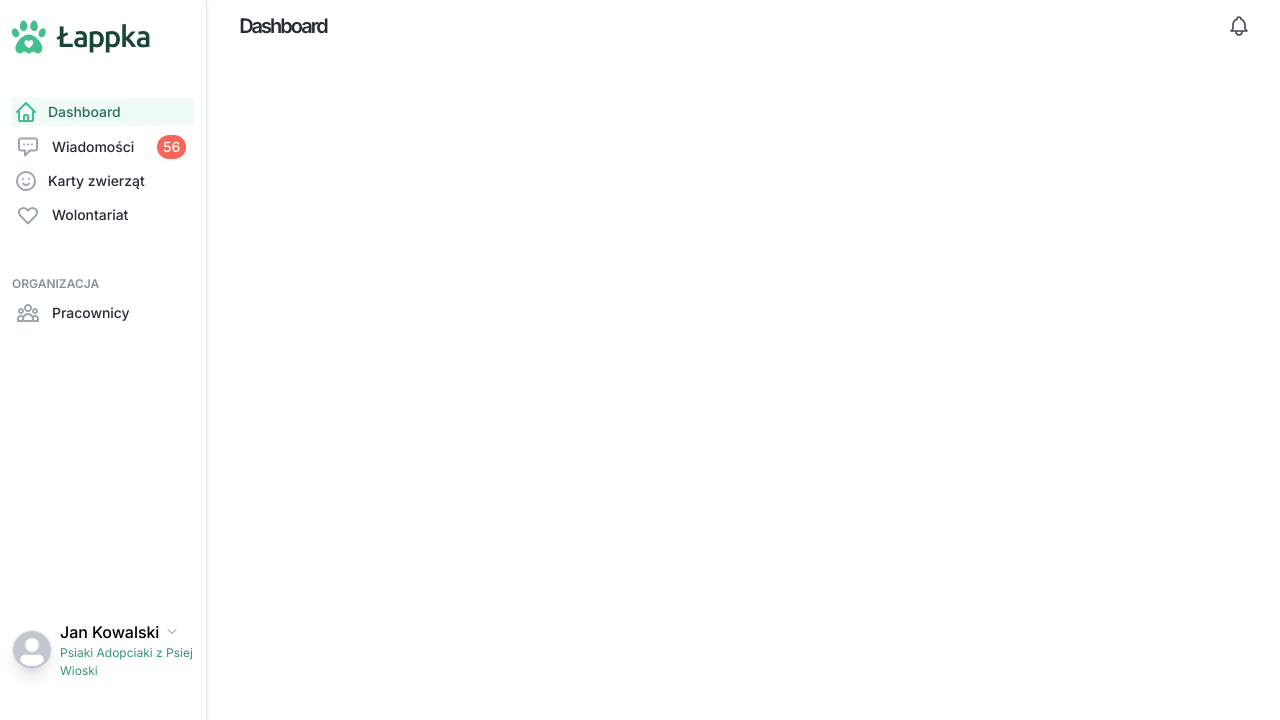
Repository: michalmilek/lappka
Page: /dashboard
An editor plug-in stored every save of this project. The page is shown before and after the next save, followed by the edit.
The browser window is 1280 px wide. The pictures show the whole page.
The project was rebuilt for these pictures with package versions that can differ from the ones it lists, and the page was loaded fresh each time. Also part of the build but not shown: src/components/customComponents/FormInput.tsx, src/components/customComponents/Button.tsx, src/components/LoginForm.tsx, src/components/Form/Form.tsx, src/pages/Login.tsx.

Above is the page before, as saved 2023-03-28 13:09:37.

After the next save:
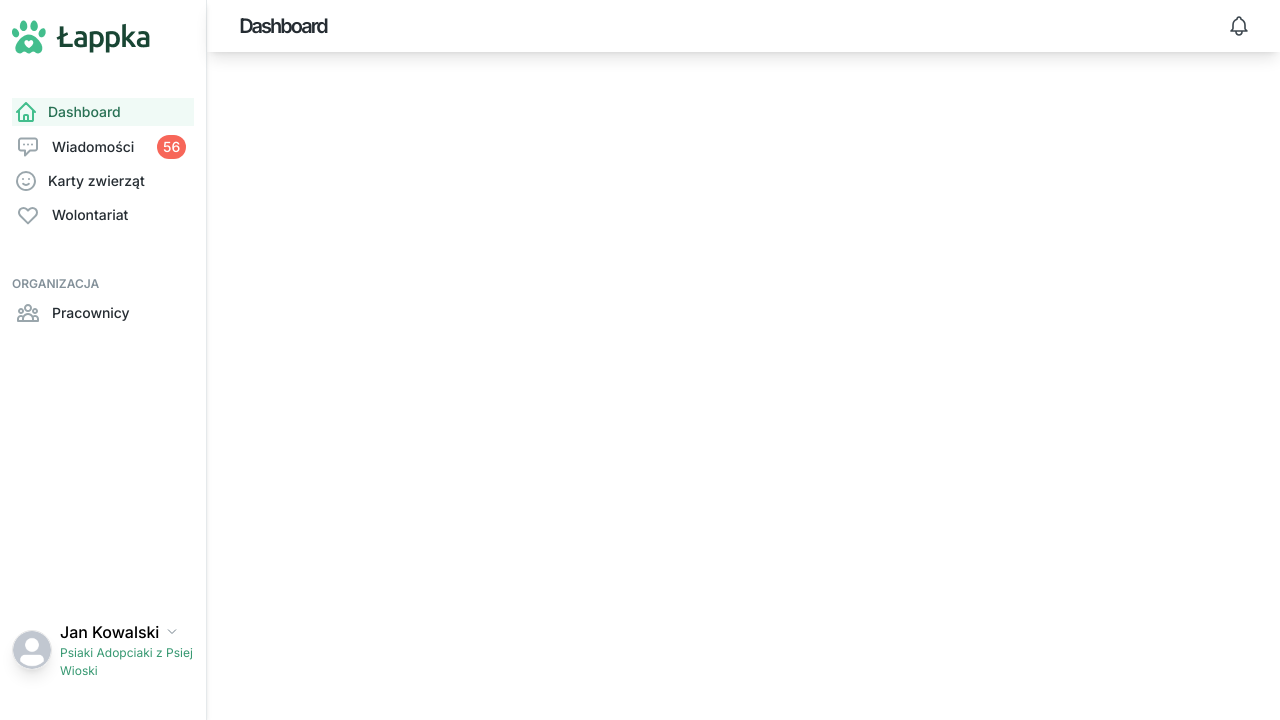
Saved 45 s later.
--- a/src/components/Header.tsx
+++ b/src/components/Header.tsx
@@ -3,7 +3,7 @@ import { ReactComponent as BellIcon } from "./icons/Bell.svg";
 
 const Header = () => {
   return (
-    <header className="w-full flex justify-between items-center px-8 py-3">
+    <header className="w-full flex justify-between items-center px-8 py-3 shadow-lg">
       <h1 className="font-semibold text-xl -tracking-widest text-darkGray2">
         Dashboard
       </h1>
